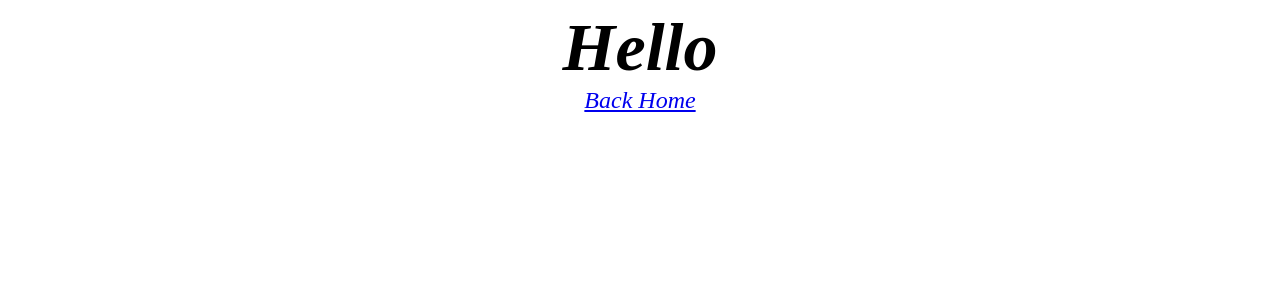
Repository: JayWelborn/CS50x-archive
Page: http://localhost/week8/exercises/generic/page2.php
The author's editor kept a record of every edit. The page is drawn from the files as they stood at one moment, then again after the next edit.
The browser window is 1280 px wide. The pictures show the whole page.
The page is run by PHP 8.4 with error messages shown; the project is at /var/www/html/.

Above is the page before.

### workspace/week8/exercises/generic/page2.php
<!DOCTYPE html>
<html>
    <head>
        <style>
            body
            {
                text-align: center;
            }
            #top
            {
                font-size: 68px;
                font-weight: bold;
                font-style: italic;
            }

            #middle
            {
                font-size: 24px;
                font-style: italic;
            }
        </style>

        <title>
            Page 2
        </title>
    </head>
    <body>
        <div id = "top" style = "font-size: 68px;">
            Hello
        </div>
        <div id = "middle">
            <a href= "index.php">Back Home</a>
        </div>
    </body>
</html>

### workspace/week8/exercises/generic/index.css
body
{
    text-align: center;
}
#top
{
    font-size: 68px;
    font-weight: bold;
    font-style: italic;
    border : 4px dashed blue;
}

#middle
{
    font-size: 24px;
    font-style: italic;
}

After the next edit:
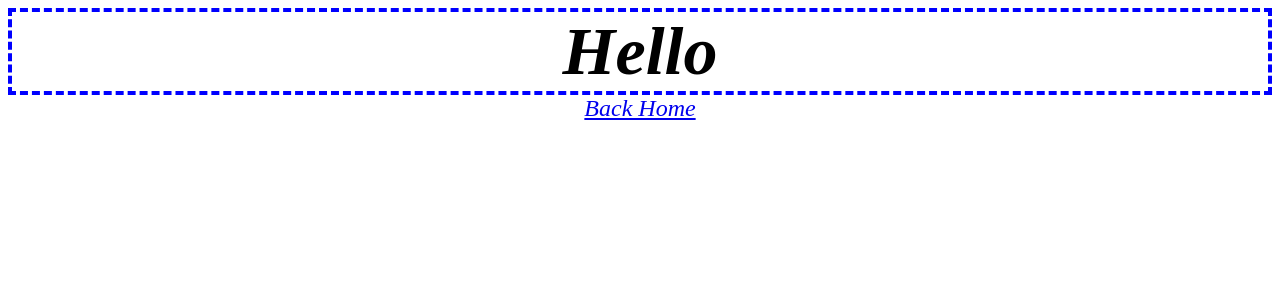
The edit:
--- a/workspace/week8/exercises/generic/page2.php
+++ b/workspace/week8/exercises/generic/page2.php
@@ -1,25 +1,7 @@
 <!DOCTYPE html>
 <html>
     <head>
-        <style>
-            body
-            {
-                text-align: center;
-            }
-            #top
-            {
-                font-size: 68px;
-                font-weight: bold;
-                font-style: italic;
-            }
-
-            #middle
-            {
-                font-size: 24px;
-                font-style: italic;
-            }
-        </style>
-
+        <link href = "index.css" rel = "stylesheet"/>
         <title>
             Page 2
         </title>
